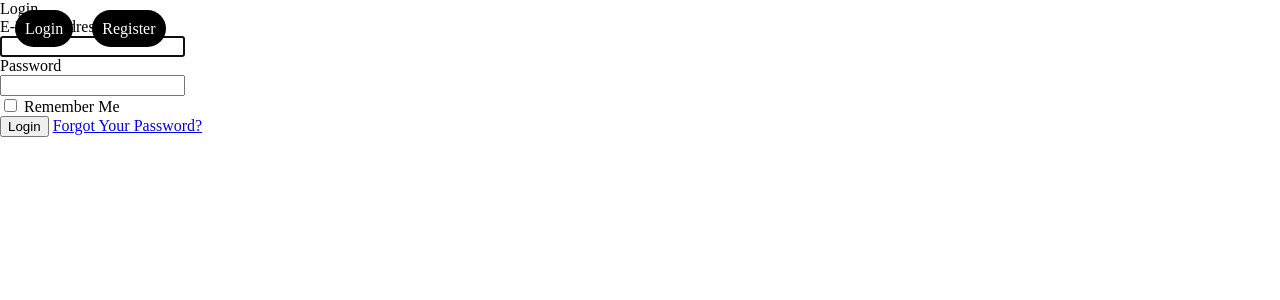
Repository: PatryxB/recipeCook
Page: http://localhost/login
An editor plug-in stored every save of this project. The page is shown before and after the next save, followed by the edit.
The browser window is 1280 px wide. The pictures show the whole page.
The page is served by the project's Laravel application, run on PHP 8.4 with Laravel 8. Style sheets and scripts are compiled from the project's sources, by tool versions that may differ from the author's.

Above is the page before, as saved 2020-05-02 11:18:38.

After the next save:
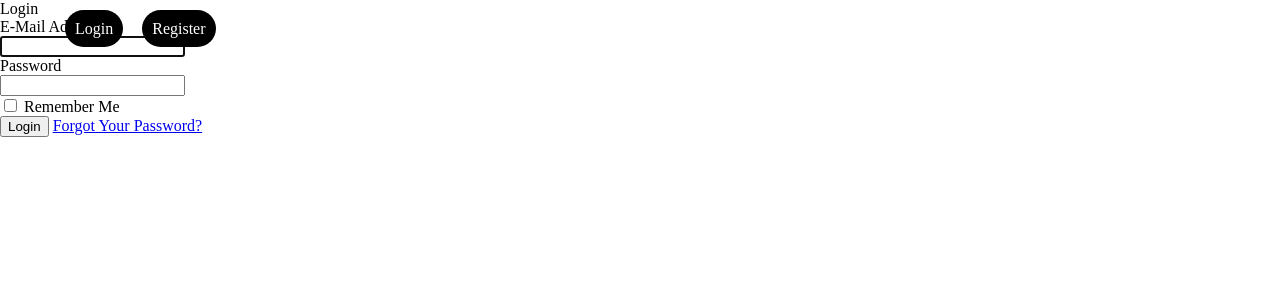
Saved 12 s later.
--- a/resources/sass/app.scss
+++ b/resources/sass/app.scss
@@ -12,6 +12,7 @@ html, body{
 nav{
     position: absolute;
     top: 20px;
+    left: 50px;
     z-index: 999;
 }
 nav a{
